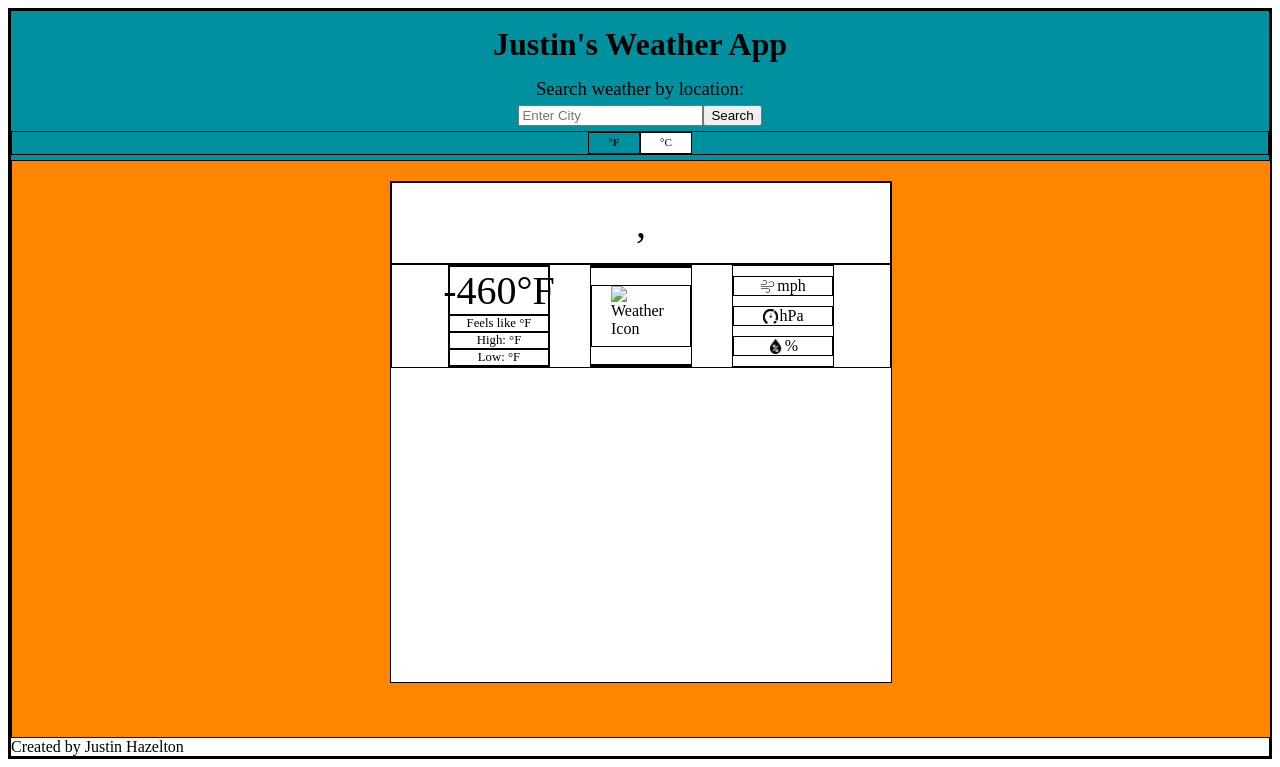
Repository: J-Haze/Weather
Page: /
The author's editor kept a copy of each file at every save. The page is drawn from the files as they stood at one save, then again after a run of saves.
The browser window is 1280 px wide. The pictures show the whole page.
The project was rebuilt for these pictures with package versions that can differ from the ones it lists, and the page was loaded fresh each time. Also part of the build but not shown: src/index.css.

Above is the page before, as saved 2020-09-07 09:51:06.

After the next 2 saves:
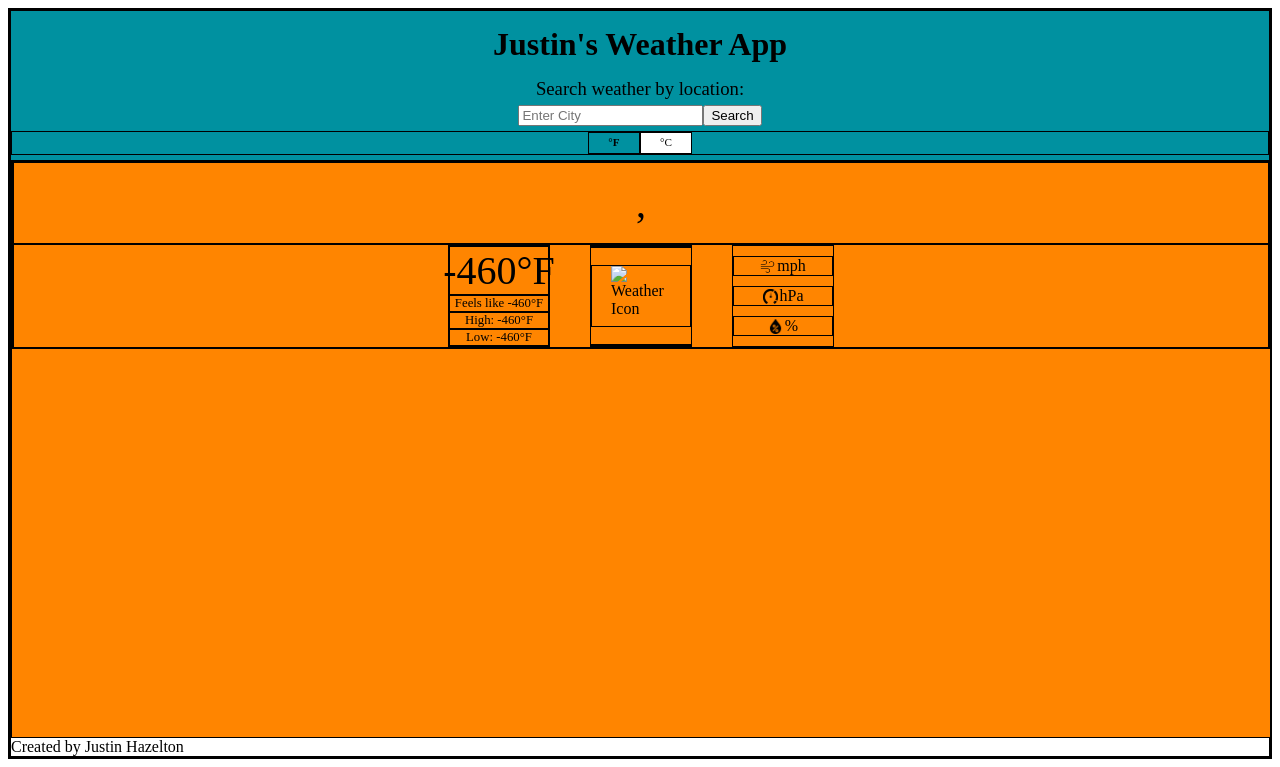
The 2 saves are shown as one change because 1 did not build or start.
The last was saved 10 min 34 s later.
--- a/src/components/Weather.js
+++ b/src/components/Weather.js
@@ -100,18 +100,16 @@ const Weather = () => {
                 setData(data);
                 setCity(data.name);
                 setCountry(data.sys.country)
-                // date: makeDate(),
                 setWeather(data.weather[0].main);
                 setDescription(data.weather[0].description);
                 setIcon(data.weather[0].icon)
-                //^^ get picture based on what the icon is
                 setPressure(data.main.pressure);
                 setHumidity(data.main.humidity);
                 setWind(Math.round(data.wind.speed));
                 setTemp(data.main.temp);
-                setMax(Math.round(data.main['temp_max']));
-                setMin(Math.round(data.main['temp_min']));
-                setFeel(Math.round(data.main['feels_like']));
+                setMax(data.main['temp_max']);
+                setMin(data.main['temp_min']);
+                setFeel(data.main['feels_like']);
             } catch (error) {
                 setError(true);
                 setErrorMessage(error.message);
@@ -148,6 +146,8 @@ const Weather = () => {
     function toFahrenheit(kelvin) {
         return Math.round(((kelvin * 9 / 5) - 459.67));
     }
+
+    // function toMPH()
 
 
     console.log(error, loading, errorMessage, data)
@@ -178,7 +178,7 @@ const Weather = () => {
                 </div>
             </header>
             <div id="results-section">
-                <div id="results-card">
+                <div className="results-card">
                     <div className="location">
                         {`${city}, ${country}`}
                     </div>
@@ -186,9 +186,9 @@ const Weather = () => {
                     <div className="row">
                         <div className="temp-container">
                             <div className="temp-main">{unit === "imperial" ? toFahrenheit(temp) : toCelsius(temp)}&#176;{unit === "imperial" ? 'F' : 'C'}</div>
-                            <div className="feel temp">Feels like {feel}&#176;{unit === "imperial" ? 'F' : 'C'}</div>
-                            <div className="max temp">High: {max}&#176;{unit === "imperial" ? 'F' : 'C'}</div>
-                            <div className="min temp">Low: {min}&#176;{unit === "imperial" ? 'F' : 'C'}</div>
+                            <div className="feel temp">Feels like {unit === "imperial" ? toFahrenheit(feel) : toCelsius(feel)}&#176;{unit === "imperial" ? 'F' : 'C'}</div>
+                            <div className="max temp">High: {unit === "imperial" ? toFahrenheit(max) : toCelsius(max)}&#176;{unit === "imperial" ? 'F' : 'C'}</div>
+                            <div className="min temp">Low: {unit === "imperial" ? toFahrenheit(min) : toCelsius(min)}&#176;{unit === "imperial" ? 'F' : 'C'}</div>
 
                         </div>
 
